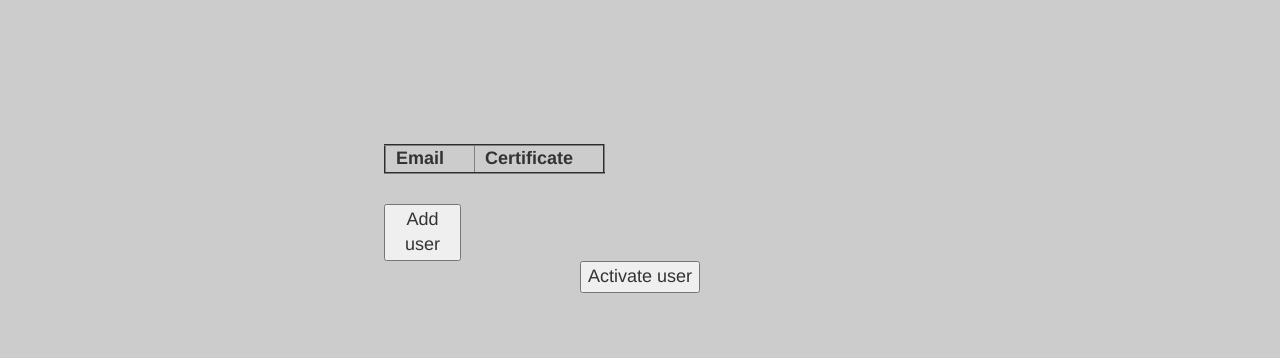
Repository: marijabroceta/ProjekatIB
Page: IB_Project_Shell/src/main/resources/static/main_page.html
The author's editor kept a copy of each file at every save. The page is drawn from the files as they stood at one save, then again after the next save.
The browser window is 1280 px wide. The pictures show the whole page.
The page's requests for data from a server got no answer.

Above is the page before, as saved 2018-06-30 17:48:54.

### IB_Project_Shell/src/main/resources/static/main_page.html
<!DOCTYPE html>
<html>
<head>
	<title>Main</title>
	<script src="js/jquery-2.1.4.min.js"></script>
	<link rel="stylesheet" type="text/css" href="bootstrap/css/bootstrap.min.css"/>
    <script src="bootstrap/js/bootstrap.min.js"></script>
    <link rel="stylesheet" type="text/css" href="css/main_page.css">
    <script src="js/main_page.js" type="text/javascript"></script>
</head>
<body>
	<div id="table">
		<table id="users_table" border="2">
			<tr>
				<th>Email</th>
				<th>Certificate</th>
			</tr>
		</table>
		<button id="add_user">Add user</button>
		<button id="activate_user">Activate user</button>
		<div id="add_form">
			<form name="add_user_form" method="post" id="add_user_form">
		       	<label for="email">Email</label>
		 		<input type="text" id="email" name="email"><br>
		 		<label for="password">Password</label>
		 		<input type="password" id="password" name="password"><br>
		 		<input type="submit" name="submit" id="submit" value="submit" class="button" /><br>
		 		<input type="button" name="cancel" id="cancel" value="cancel" class="button" />
	    	</form>
		</div>
	</div>
</body>
</html>

### IB_Project_Shell/src/main/resources/static/css/main_page.css
#table{
	position: absolute;
    top: 20%;
    left: 30%;
    right: 30%;
    bottom: 20%;
    font-size: 18px;
}

th{
	padding-right: 30px;
	padding-left: 10px;
}

body {
    text-align: center;
    background: #ccc;
}

#add_user{
	margin-top: 30px;
	margin-right: 85%;
}

#add_form{
	margin-top: 30px;
}

label,input {
 display: block;
width: 200px;
 float: left;
 margin-left: 20px;
 margin-bottom: 10px;

}

label {
 text-align: right;
 width: 75px;
 padding-right: 20px;

}

br {
 clear: left;
}

#submit,#cancel{
	margin-left: 19%;
}

### IB_Project_Shell/src/main/resources/static/js/main_page.js
$(document).ready(function(){

	var token = localStorage.getItem("token");
	console.log(token);
	var logged = null;

	$.ajax({
		url: "https://localhost:8443/api/users/logged",
		type: 'GET',
		headers: { "Authorization": "Bearer " + token},
		contentType : "application/json",
		dataType:'json',
		crossDomain: true,
		success : function(response) {

			console.log("logged " + response.authorities[0].name);
			logged = response;
		},
		error: function (jqXHR, textStatus, errorThrown) {
			console.log(jqXHR.status);
			console.log(jqXHR);

		}
	});


	$.ajax({

		headers:{"Authorization" :"Bearer " + token,
			},
		contentType: 'application/json',
		type: 'GET',
		dataType:'json',
		crossDomain: true,
		url:'https://localhost:8443/api/users',
		success:function(response){
			table_header();
			var table = $('#users_table');
			for(var i=0; i<response.length; i++) {
				user = response[i];
				console.log(user);
				table.append('<tr class="data">'+
								'<td>'+user.email+'</td>'+
								'<td>'+user.authorities[0].name+'</td>'+
								'<td><button class="btn btn-default">Download</button></td>'+
							'</tr>');
			}
		},
		error: function (jqXHR, textStatus, errorThrown) {
			console.log(jqXHR);
			alert(textStatus);
		}
	});


	$('#add_form').hide();

	$('#add_user').on('click',function(e){
		$('#add_form').show();
		e.preventDefault();
		return false;
	});

	$('#cancel').on('click',function(e){
		$('#add_form').hide();
		e.preventDefault();
		return false;
	});

	$('input#submit').on('click',function(e){

		console.log("submit");
		var email = $('#email').val().trim();
		var password = $('#password').val().trim();

		var data = {
				'email':email,
				'password':password
			}
			console.log(data);
		$.ajax({
				type: 'POST',
		        contentType: 'application/json',
		        headers:{"Authorization" :"Bearer " + token,
		        	"Access-Control-Allow-Origin": "*"},
		        url: 'https://localhost:8443/api/users/save',
		        data: JSON.stringify(data),
		        dataType: 'json',
		        crossDomain: true,
				cache: false,
				processData: false,
				success:function(response){
					alert("Created");
				},
				error: function (jqXHR, textStatus, errorThrown) {
					console.log(jqXHR);
					alert(textStatus);
				}
		});
		e.preventDefault();
		return false;
	});
});

function table_header(){
	var table = $('#users_table');
	table.empty();
	table.append('<tr>'+
					'<th>Email</th>'+
					'<th>Role</th>'+
					'<th>Certificate</th>'+
				'</tr>');
}

function get_users(){

}

Loaded but not shown: IB_Project_Shell/src/main/resources/static/js/jquery-2.1.4.min.js (library); IB_Project_Shell/src/main/resources/static/bootstrap/css/bootstrap.min.css (library); IB_Project_Shell/src/main/resources/static/bootstrap/js/bootstrap.min.js (library)

After the next save:
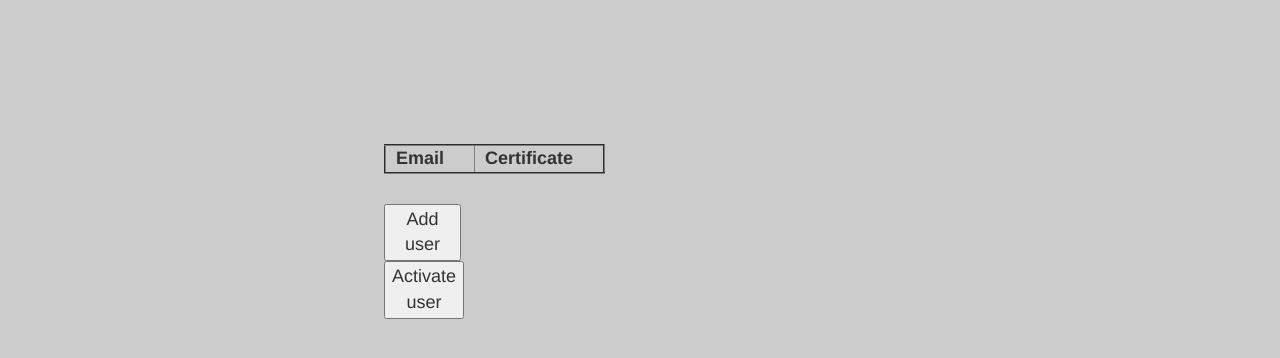
Saved 2 min 3 s later.
--- a/IB_Project_Shell/src/main/resources/static/css/main_page.css
+++ b/IB_Project_Shell/src/main/resources/static/css/main_page.css
@@ -20,6 +20,10 @@ body {
 #add_user{
 	margin-top: 30px;
 	margin-right: 85%;
+}
+
+#activate_user{
+	margin-right:85%;
 }
 
 #add_form{
